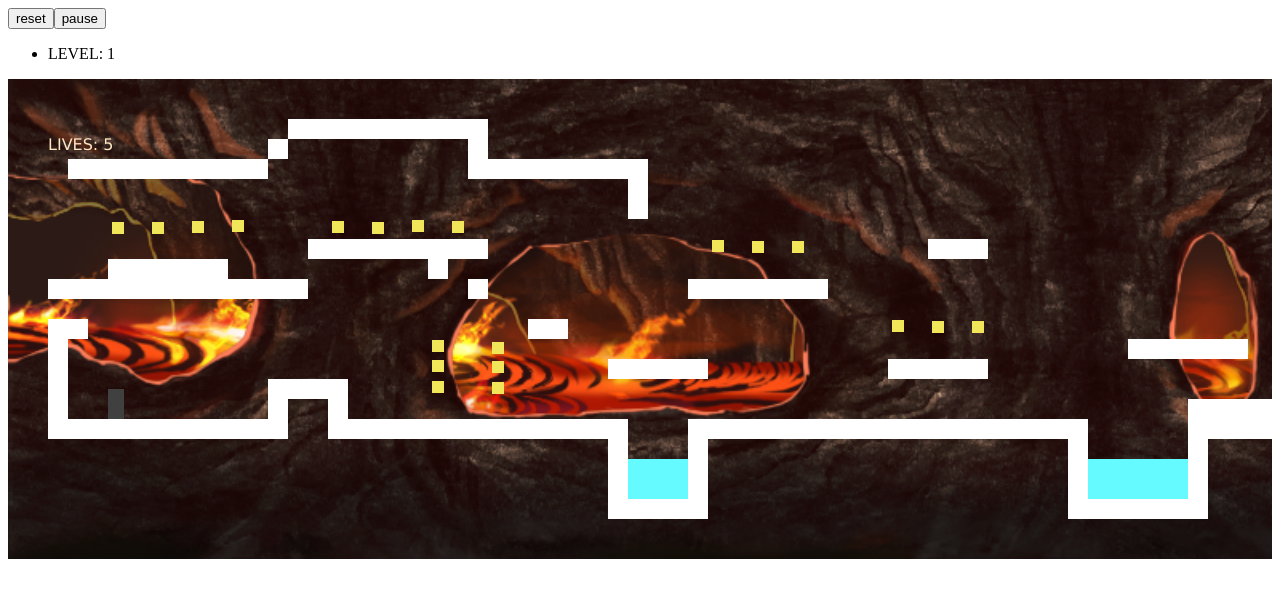
Repository: luccas-teddy/examenlucas
Page: index.html
An editor plug-in stored every save of this project. The page is shown before and after the next save, followed by the edit.
The browser window is 1280 px wide. The pictures show the whole page.

Above is the page before, as saved 2021-02-18 03:01:37.

### index.html
<!doctype html>
<table>
<tr>
  <button id="reset" class="gamebutton" onclick="this.blur();">reset</button>
  <button id="pause" class="gamebutton" onclick="this.blur();">pause</button>
</tr>


<ul>
  <li id="lives" class="statss">LIVES: 5</li>
  <li id="level" class="stats">LEVEL: 1</li>
</ul>
</table>


<script src="code/chapter/16_game.js"></script>
<script src="code/levels.js"></script>

<link rel="stylesheet" href="css/game.css">

<body>
  <script>
    runGame(GAME_LEVELS, DOMDisplay);
  </script>
</body>

### code/chapter/16_game.js
var simpleLevelPlan = `
......................
..#................#..
..#..............=.#..
..#.........o.o....#..
..#.@......#####...#..
..#####............#..
......#++++++++++++#..
......##############..
......................`;

var Level = class Level {
  constructor(plan) {
    let rows = plan.trim().split("\n").map(l => [...l]);
    this.height = rows.length;
    this.width = rows[0].length;
    this.startActors = [];

    this.rows = rows.map((row, y) => {
      return row.map((ch, x) => {
        let type = levelChars[ch];
        if (typeof type == "string") return type;
        this.startActors.push(
          type.create(new Vec(x, y), ch));
        return "empty";
      });
    });
  }
}

var State = class State {
  constructor(level, actors, status) {
    this.level = level;
    this.actors = actors;
    this.status = status;
  }

  static start(level) {
    return new State(level, level.startActors, "playing");
  }

  get player() {
    return this.actors.find(a => a.type == "player");
  }
}

var Vec = class Vec {
  constructor(x, y) {
    this.x = x; this.y = y;
  }
  plus(other) {
    return new Vec(this.x + other.x, this.y + other.y);
  }
  times(factor) {
    return new Vec(this.x * factor, this.y * factor);
  }
}

var Player = class Player {
  constructor(pos, speed) {
    this.pos = pos;
    this.speed = speed;
  }

  get type() { return "player"; }

  static create(pos) {
    return new Player(pos.plus(new Vec(0, -0.5)),
                      new Vec(0, 0));
  }
}

Player.prototype.size = new Vec(0.8, 1.5);

var Lava = class Lava {
  constructor(pos, speed, reset) {
    this.pos = pos;
    this.speed = speed;
    this.reset = reset;
  }

  get type() { return "lava"; }

  static create(pos, ch) {
    if (ch == "=") {
      return new Lava(pos, new Vec(2, 0));
    } else if (ch == "|") {
      return new Lava(pos, new Vec(0, 2));
    } else if (ch == "v") {
      return new Lava(pos, new Vec(0, 3), pos);
    }
  }
}

Lava.prototype.size = new Vec(1, 1);

var Coin = class Coin {
  constructor(pos, basePos, wobble) {
    this.pos = pos;
    this.basePos = basePos;
    this.wobble = wobble;
  }

  get type() { return "coin"; }

  static create(pos) {
    let basePos = pos.plus(new Vec(0.2, 0.1));
    return new Coin(basePos, basePos,
                    Math.random() * Math.PI * 2);
  }
}

Coin.prototype.size = new Vec(0.6, 0.6);

var levelChars = {
  ".": "empty", "#": "wall", "+": "lava",
  "@": Player, "o": Coin,
  "=": Lava, "|": Lava, "v": Lava
};

var simpleLevel = new Level(simpleLevelPlan);

function elt(name, attrs, ...children) {
  let dom = document.createElement(name);
  for (let attr of Object.keys(attrs)) {
    dom.setAttribute(attr, attrs[attr]);
  }
  for (let child of children) {
    dom.appendChild(child);
  }
  return dom;
}

var DOMDisplay = class DOMDisplay {
  constructor(parent, level) {
    this.dom = elt("div", {class: "game"}, drawGrid(level));
    this.actorLayer = null;
    parent.appendChild(this.dom);
  }

  clear() { this.dom.remove(); }
}

var scale = 20;

function drawGrid(level) {
  return elt("table", {
    class: "background",
    style: `width: ${level.width * scale}px`
  }, ...level.rows.map(row =>
    elt("tr", {style: `height: ${scale}px`},
        ...row.map(type => elt("td", {class: type})))
  ));
}

function drawActors(actors) {
  return elt("div", {}, ...actors.map(actor => {
    let rect = elt("div", {class: `actor ${actor.type}`});
    rect.style.width = `${actor.size.x * scale}px`;
    rect.style.height = `${actor.size.y * scale}px`;
    rect.style.left = `${actor.pos.x * scale}px`;
    rect.style.top = `${actor.pos.y * scale}px`;
    return rect;
  }));
}

DOMDisplay.prototype.syncState = function(state) {
  if (this.actorLayer) this.actorLayer.remove();
  this.actorLayer = drawActors(state.actors);
  this.dom.appendChild(this.actorLayer);
  this.dom.className = `game ${state.status}`;
  this.scrollPlayerIntoView(state);
};

DOMDisplay.prototype.scrollPlayerIntoView = function(state) {
  let width = this.dom.clientWidth;
  let height = this.dom.clientHeight;
  let margin = width / 3;

  // The viewport
  let left = this.dom.scrollLeft, right = left + width;
  let top = this.dom.scrollTop, bottom = top + height;

  let player = state.player;
  let center = player.pos.plus(player.size.times(0.5))
                         .times(scale);

  if (center.x < left + margin) {
    this.dom.scrollLeft = center.x - margin;
  } else if (center.x > right - margin) {
    this.dom.scrollLeft = center.x + margin - width;
  }
  if (center.y < top + margin) {
    this.dom.scrollTop = center.y - margin;
  } else if (center.y > bottom - margin) {
    this.dom.scrollTop = center.y + margin - height;
  }
};

Level.prototype.touches = function(pos, size, type) {
  var xStart = Math.floor(pos.x);
  var xEnd = Math.ceil(pos.x + size.x);
  var yStart = Math.floor(pos.y);
  var yEnd = Math.ceil(pos.y + size.y);

  for (var y = yStart; y < yEnd; y++) {
    for (var x = xStart; x < xEnd; x++) {
      let isOutside = x < 0 || x >= this.width ||
                      y < 0 || y >= this.height;
      let here = isOutside ? "wall" : this.rows[y][x];
      if (here == type) return true;
    }
  }
  return false;
};

State.prototype.update = function(time, keys) {
  let actors = this.actors
    .map(actor => actor.update(time, this, keys));
  let newState = new State(this.level, actors, this.status);

  if (newState.status != "playing") return newState;

  let player = newState.player;
  if (this.level.touches(player.pos, player.size, "lava")) {
    return new State(this.level, actors, "lost");
  }

  for (let actor of actors) {
    if (actor != player && overlap(actor, player)) {
      newState = actor.collide(newState);
    }
  }
  return newState;
};

function overlap(actor1, actor2) {
  return actor1.pos.x + actor1.size.x > actor2.pos.x &&
         actor1.pos.x < actor2.pos.x + actor2.size.x &&
         actor1.pos.y + actor1.size.y > actor2.pos.y &&
         actor1.pos.y < actor2.pos.y + actor2.size.y;
}

Lava.prototype.collide = function(state) {
  return new State(state.level, state.actors, "lost");
};

Coin.prototype.collide = function(state) {
  let filtered = state.actors.filter(a => a != this);
  let status = state.status;
  if (!filtered.some(a => a.type == "coin")) status = "won";
  return new State(state.level, filtered, status);
};

Lava.prototype.update = function(time, state) {
  let newPos = this.pos.plus(this.speed.times(time));
  if (!state.level.touches(newPos, this.size, "wall")) {
    return new Lava(newPos, this.speed, this.reset);
  } else if (this.reset) {
    return new Lava(this.reset, this.speed, this.reset);
  } else {
    return new Lava(this.pos, this.speed.times(-1));
  }
};

var wobbleSpeed = 8, wobbleDist = 0.07;

Coin.prototype.update = function(time) {
  let wobble = this.wobble + time * wobbleSpeed;
  let wobblePos = Math.sin(wobble) * wobbleDist;
  return new Coin(this.basePos.plus(new Vec(0, wobblePos)),
                  this.basePos, wobble);
};

var playerXSpeed = 7;
var gravity = 30;
var jumpSpeed = 17;

Player.prototype.update = function(time, state, keys) {
  let xSpeed = 0;
  if (keys.ArrowLeft) xSpeed -= playerXSpeed;
  if (keys.ArrowRight) xSpeed += playerXSpeed;
  let pos = this.pos;
  let movedX = pos.plus(new Vec(xSpeed * time, 0));
  if (!state.level.touches(movedX, this.size, "wall")) {
    pos = movedX;
  }

  let ySpeed = this.speed.y + time * gravity;
  let movedY = pos.plus(new Vec(0, ySpeed * time));
  if (!state.level.touches(movedY, this.size, "wall")) {
    pos = movedY;
  } else if (keys.ArrowUp && ySpeed > 0) {
    ySpeed = -jumpSpeed;
  } else {
    ySpeed = 0;
  }
  return new Player(pos, new Vec(xSpeed, ySpeed));
};

function trackKeys(keys) {
  let down = Object.create(null);
  function track(event) {
    if (keys.includes(event.key)) {
      down[event.key] = event.type == "keydown";
      event.preventDefault();
    }
  }
  window.addEventListener("keydown", track);
  window.addEventListener("keyup", track);
  return down;
}

var arrowKeys =
  trackKeys(["ArrowLeft", "ArrowRight", "ArrowUp"]);

function runAnimation(frameFunc) {
  let lastTime = null;
  function frame(time) {
    if (lastTime != null) {
      let timeStep = Math.min(time - lastTime, 100) / 1000;
      if (frameFunc(timeStep) === false) return;
    }
    lastTime = time;
    requestAnimationFrame(frame);
  }
  requestAnimationFrame(frame);
}

function runLevel(level, Display) {
  let display = new Display(document.body, level);
  let state = State.start(level);
  let ending = 1;
  return new Promise(resolve => {
    runAnimation(time => {
      state = state.update(time, arrowKeys);
      display.syncState(state);
      if (state.status == "playing") {
        return true;
      } else if (ending > 0) {
        ending -= time;
        return true;
      } else {
        display.clear();
        resolve(state.status);
        return false;
      }
    });
  });
}

async function runGame(plans, Display) {
  for (let level = 0; level < plans.length;) {
    let status = await runLevel(new Level(plans[level]),
                                Display);
    if (status == "won") level++;
  }
  console.log("You've won!");
}

### css/game.css
.background    { background-image:url(9d.png);
}

 .background     {background :rgb (55, 167, 250)
                  background-image:url(taza.jpg);
                  background-repeat :no-repeat;
                  background-size: cover ;
                   table-layout: fixed;
                   border-spacing:  0;   }

.background td   { padding: 0;   }
.lava            { background: rgb(100, 250, 255); }
.wall            { background: rgb(255, 255, 255);   }

.actor  { position: absolute;  }

.coin   { background: rgb(241, 229, 89); }
.player { background: rgb(64, 64, 64); }

.game {
  overflow: hidden;
  max-width: 1500px;
  max-height: 820px;
  position: relative;
}

.lost .player {
  background: rgb(64, 106, 160);
}
.won .player {
  box-shadow: -4px -7px 8px white, 4px -7px 8px white;
}
stats{
     list-style-type: none;
  font-family: "jack Sans", "Lucida Sans Regular", "jack Grande",
    "jak Sans Unicode", Geneva, Verdana, sans-serif;
  text-transform: uppercase;
  color: rgb(199, 300, 255);
  z-index: 10;
  position: absolute;
  text-align: left;
  margin-top: 50px;
}
.statss{
   list-style-type: none;
  font-family: "Lucida Sans", "Lucida Sans Regular", "Lucida Grande",
    "jack Sans Unicode", Geneva, Verdana, sans-serif;
  text-transform: uppercase;
  color: bisque;
  z-index: 11;
  position: absolute;
  text-align: left;
  margin-top: 90px;
}

Loaded but not shown: code/levels.js (221 lines, source omitted)

After the next save:
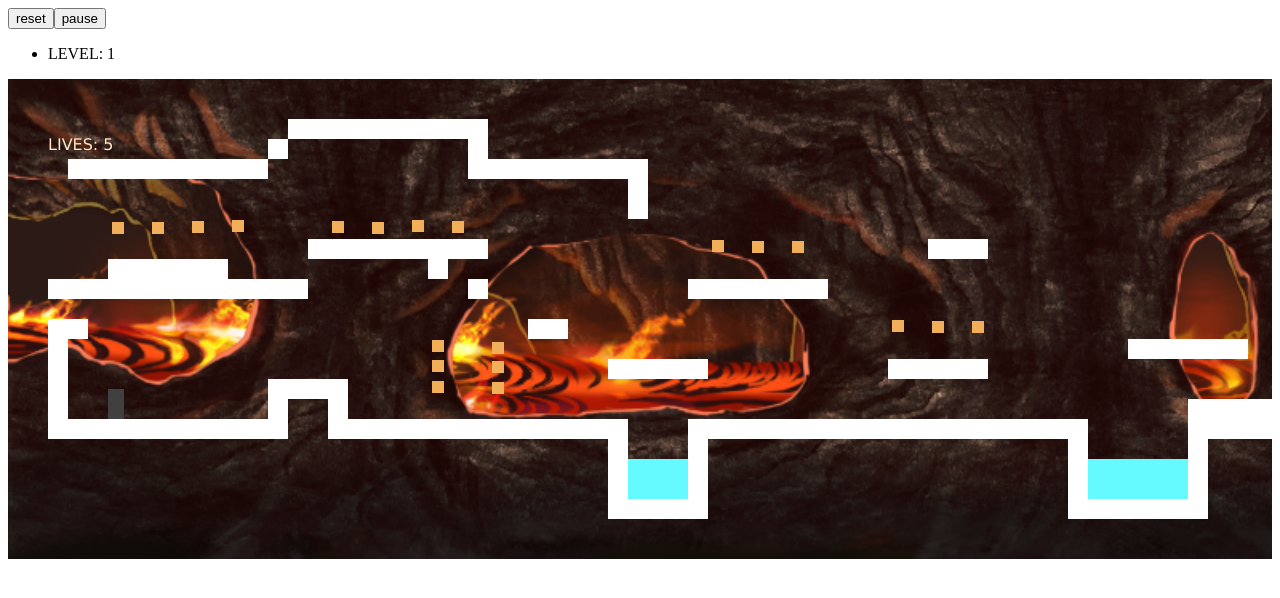
Saved 31 s later.
--- a/css/game.css
+++ b/css/game.css
@@ -14,7 +14,7 @@
 
 .actor  { position: absolute;  }
 
-.coin   { background: rgb(241, 229, 89); }
+.coin   { background: rgb(241, 175, 89); }
 .player { background: rgb(64, 64, 64); }
 
 .game {
